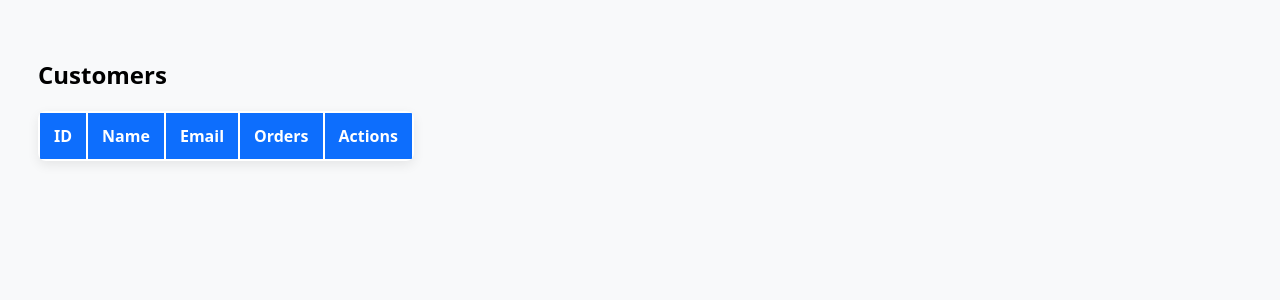
Repository: Kanika0004/CampusStore
Page: admin/customers.html
The author's editor kept a copy of each file at every save. The page is drawn from the files as they stood at one save, then again after the next save.
The browser window is 1280 px wide. The pictures show the whole page.

Above is the page before, as saved 2026-03-14 00:25:55.
Console error (its wording comes from the project's code and is left out).

### admin/customers.html
<!DOCTYPE html>
<html>
<head>
<title>Customers</title>

<style>

body{
font-family: system-ui, -apple-system, "Segoe UI", Roboto, sans-serif;
background:#f8f9fa;
padding:30px;
}

h2{
font-weight:700;
margin-bottom:20px;
}

table{
background:white;
border-radius:8px;
overflow:hidden;
box-shadow:0 4px 12px rgba(0,0,0,0.08);
}

th{
background:#0d6efd;
color:white;
font-weight:600;
}

th,td{
padding:12px 14px;
text-align:left;
}

tr:nth-child(even){
background:#f5f7fa;
}

button{
border:none;
padding:6px 12px;
border-radius:6px;
font-size:14px;
cursor:pointer;
}

button:hover{
opacity:0.9;
}

</style>

</head>

<body>

<h2 class="mb-4 fw-bold">Customers</h2>

<table class="table table-striped">

<thead>
<tr>
<th>ID</th>
<th>Name</th>
<th>Email</th>
<th>Orders</th>
<th>Actions</th>
</tr>
</thead>

<tbody id="customerTable"></tbody>

</table>

<script src="admin.js"></script>

<script>
loadCustomers()
</script>

</body>
</html>

### admin/admin.js
/* LOAD PRODUCTS */

function loadProducts(){

fetch("/campusstore/backend/get_products.php")

.then(res => res.json())

.then(data => {

let html=""

data.forEach(p=>{

html+=`

<tr>

<td>${p.id}</td>

<td>
<img src="/campusstore/public/${p.image}" width="50">
</td>

<td>${p.name}</td>

<td>${p.category}</td>

<td>₹${p.price}</td>

<td>

<button class="btn btn-warning btn-sm" onclick="editProduct(${p.id})">
Edit
</button>

<button class="btn btn-danger btn-sm" onclick="deleteProduct(${p.id})">
Delete
</button>

</td>

</tr>

`

})

document.getElementById("productTable").innerHTML=html

})

}



/* DELETE PRODUCT */

function deleteProduct(id){

if(!confirm("Delete this product?")) return

fetch("/campusstore/admin/backend/delete_product.php",{

method:"POST",

headers:{
"Content-Type":"application/x-www-form-urlencoded"
},

body:"id="+id

})

.then(res=>res.json())
.then(data=>{
if(data.status==="success"){
loadProducts()
}
})

}



/* EDIT PRODUCT */

function editProduct(id){

let name=prompt("Enter new name")
let price=prompt("Enter new price")

fetch("/campusstore/admin/backend/edit_product.php",{

method:"POST",

headers:{
"Content-Type":"application/x-www-form-urlencoded"
},

body:`id=${id}&name=${name}&price=${price}`

})

.then(res=>res.json())
.then(data=>{
if(data.status==="success"){
loadProducts()
}
})

}



/* ADD PRODUCT */

function addProduct(){

let name=document.getElementById("name").value
let price=document.getElementById("price").value
let image=document.getElementById("image").value
let category=document.getElementById("category").value
let subcategory=document.getElementById("subcategory").value

fetch("/campusstore/admin/backend/add_product.php",{

method:"POST",

headers:{
"Content-Type":"application/x-www-form-urlencoded"
},

body:`name=${name}&price=${price}&image=${image}&category=${category}&subcategory=${subcategory}`

})

.then(res=>res.json())
.then(data=>{

if(data.status==="success"){

alert("Product Added")

loadProducts()

}

})

}

let salesChartInstance = null;

function loadSalesChart(){

fetch("/campusstore/backend/get_sales_daywise.php")
.then(res => res.json())
.then(data => {

let labels = []
let revenue = []

data.forEach(row=>{
labels.push(row.day)
revenue.push(row.revenue)
})

// get canvas context
const ctx = document.getElementById("salesChart").getContext("2d")

// destroy old chart if exists
if(salesChartInstance){
salesChartInstance.destroy()
}

salesChartInstance = new Chart(ctx,{

type:"line",

data:{
labels:labels,

datasets:[{
label:"Revenue",
data:revenue,
borderColor:"#0d6efd",
backgroundColor:"rgba(13,110,253,0.15)",
pointBackgroundColor:"#0d6efd",
pointRadius:5,
tension:0.4,
fill:true
}]
},

options:{
responsive:true,

plugins:{
legend:{
display:true,
position:"top"
}
},

scales:{
y:{
beginAtZero:true
}
}

}

})

})

}

function loadCategoryChart(){

fetch("/campusstore/backend/get_category_products.php")

.then(res=>res.json())

.then(data=>{

let labels=[]
let values=[]

data.forEach(row=>{
labels.push(row.category)
values.push(row.total)
})

new Chart(document.getElementById("categoryChart"),{

type:"doughnut",

data:{
labels:labels,

datasets:[{
data:values,

backgroundColor:[
"#0d6efd",
"#20c997",
"#ffc107",
"#dc3545",
"#6f42c1"
]
}]
},

options:{
plugins:{
legend:{
position:"bottom"
}
}
}

})

})

}

function loadOrders(){

fetch("/campusstore/backend/get_orders.php")

.then(res=>res.json())

.then(data=>{

let html=""

data.forEach(o=>{

html+=`

<tr>

<td>${o.id}</td>

<td>${o.name}</td>

<td>₹${o.total}</td>

<td>${o.payment_method}</td>

<td>

<select class="form-select form-select-sm"
onchange="updateStatus(${o.id}, this.value)">

<option ${o.status=="Pending"?"selected":""}>Pending</option>
<option ${o.status=="Processing"?"selected":""}>Processing</option>
<option ${o.status=="Shipped"?"selected":""}>Shipped</option>
<option ${o.status=="Delivered"?"selected":""}>Delivered</option>

</select>

</td>

<td>${o.created_at}</td>

<td>
<button class="btn btn-sm btn-primary"
onclick="viewOrder(${o.id})">
View
</button>
</td>

</tr>
`
})

document.getElementById("ordersTable").innerHTML=html

})

}

function searchOrders(){

let input=document.getElementById("searchOrders").value.toLowerCase()
let rows=document.querySelectorAll("#ordersTable tr")

rows.forEach(row=>{

let id=row.cells[0].innerText.toLowerCase()
let user=row.cells[1].innerText.toLowerCase()

if(id.includes(input) || user.includes(input)){
row.style.display=""
}else{
row.style.display="none"
}

})

}

function updateStatus(id,status){

fetch("/campusstore/backend/update_order_status.php",{

method:"POST",

headers:{
"Content-Type":"application/x-www-form-urlencoded"
},

body:`id=${id}&status=${status}`

})
.then(res=>res.json())
.then(data=>{

if(data.status==="success"){
alert("Status updated")
}

})

}

function viewOrder(id){

fetch(`/campusstore/backend/get_order_details.php?id=${id}`)

.then(res=>res.json())

.then(data=>{

let html=`

<p><strong>Order ID:</strong> ${data.id}</p>

<p><strong>Customer:</strong> ${data.name}</p>

<p><strong>Email:</strong> ${data.email}</p>

<p><strong>Address:</strong> ${data.address}</p>

<p><strong>Total:</strong> ₹${data.total}</p>

<p><strong>Payment:</strong> ${data.payment_method}</p>

`

document.getElementById("orderDetails").innerHTML=html

new bootstrap.Modal(document.getElementById("orderModal")).show()

})

}



/* LOAD CUSTOMERS */

function loadCustomers(){

fetch("/campusstore/admin/backend/get_customers.php")

.then(res=>res.json())

.then(data=>{

let html=""

data.forEach(c=>{

html+=`

<tr>

<td>${c.id}</td>
<td>${c.name}</td>
<td>${c.email}</td>

<td>
<button class="btn btn-primary btn-sm"
onclick="viewCustomerOrders(${c.id})">
View Orders
</button>
</td>

<td>
<button class="btn btn-danger btn-sm"
onclick="deleteCustomer(${c.id})">
Delete
</button>
</td>

</tr>

`

})

document.getElementById("customerTable").innerHTML=html

})

}



/* DELETE CUSTOMER */

function deleteCustomer(id){

if(!confirm("Delete this customer?")) return

fetch("/CampusStore/admin/backend/delete_customer.php",{

method:"POST",

headers:{
"Content-Type":"application/x-www-form-urlencoded"
},

body:"id="+id

})

.then(res=>res.json())
.then(data=>{

if(data.status==="success"){

alert("Customer deleted")
loadCustomers()

}else{

alert(data.message || "Delete failed")

}

})

}


/* LOAD ENQUIRIES */

function loadEnquiries(){

fetch("/CampusStore/admin/backend/get_enquiries.php")

.then(res=>res.json())

.then(data=>{

let html=""

data.forEach(e=>{

html+=`

<tr>

<td>${e.id}</td>
<td>${e.name}</td>
<td>${e.email}</td>
<td>${e.message}</td>
<td>${e.admin_reply ?? "-"}</td>
<td>${e.status}</td>

<td>

<button class="btn btn-success btn-sm"
onclick="replyEnquiry(${e.id})">
Reply
</button>

<button class="btn btn-danger btn-sm"
onclick="deleteEnquiry(${e.id})">
Delete
</button>

</td>

</tr>

`

})

document.getElementById("enquiryTable").innerHTML = html

})

}

After the next save:
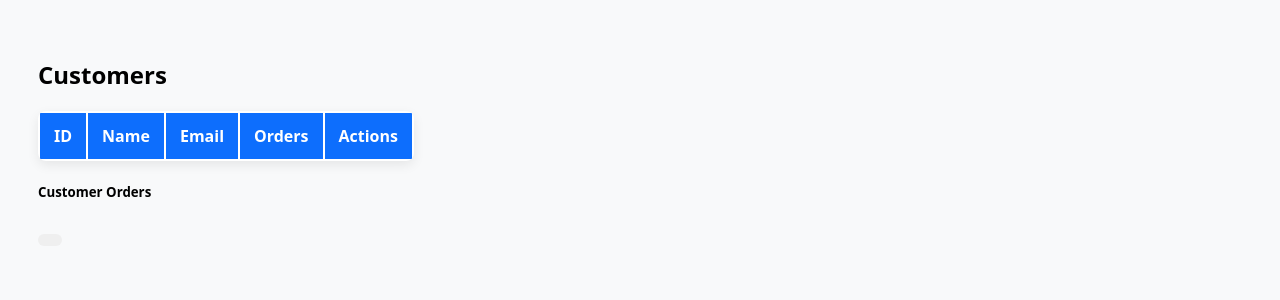
Saved 45 s later.
--- a/admin/customers.html
+++ b/admin/customers.html
@@ -74,6 +74,27 @@ opacity:0.9;
 
 </table>
 
+<div class="modal fade" id="ordersModal">
+
+<div class="modal-dialog">
+
+<div class="modal-content">
+
+<div class="modal-header">
+<h5>Customer Orders</h5>
+<button class="btn-close" data-bs-dismiss="modal"></button>
+</div>
+
+<div class="modal-body" id="ordersContent">
+
+</div>
+
+</div>
+
+</div>
+
+</div>
+
 <script src="admin.js"></script>
 
 <script>
